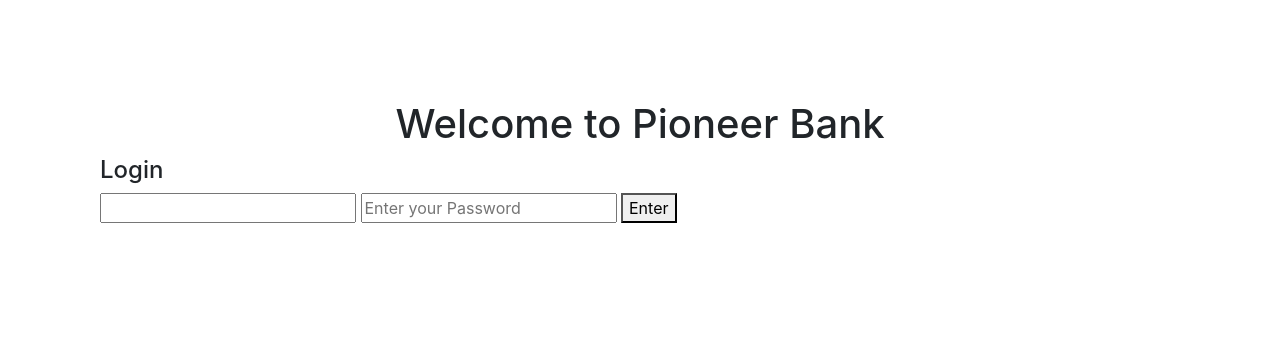
Repository: omarhasnain/pioneer-bank
Page: index.html
An editor plug-in stored every save of this project. The page is shown before and after the next save, followed by the edit.
The browser window is 1280 px wide. The pictures show the whole page.

Above is the page before, as saved 2021-04-27 17:03:02.

### index.html
<!DOCTYPE html>
<html lang="en">

<head>
    <meta charset="UTF-8">
    <meta http-equiv="X-UA-Compatible" content="IE=edge">
    <meta name="viewport" content="width=device-width, initial-scale=1.0">
    <title>Pioneer Bank</title>
    <link rel="stylesheet" href="https://stackpath.bootstrapcdn.com/bootstrap/4.4.1/css/bootstrap.min.css" integrity="sha384-Vkoo8x4CGsO3+Hhxv8T/Q5PaXtkKtu6ug5TOeNV6gBiFeWPGFN9MuhOf23Q9Ifjh" crossorigin="anonymous">
    <link rel="stylesheet" href="style.css">
</head>

<body>

    <div id="login-area">
        <h1 class="text-center">Welcome to Pioneer Bank</h1>
        <div class="submit-area">
            <h4>Login</h4>
            <input type="text">
            <input type="password" name="" id="" placeholder="Enter your Password">
            <button>Enter</button>
        </div>
    </div>


</body>

</html>

### style.css
body {
    padding: 100px;
}

After the next save:
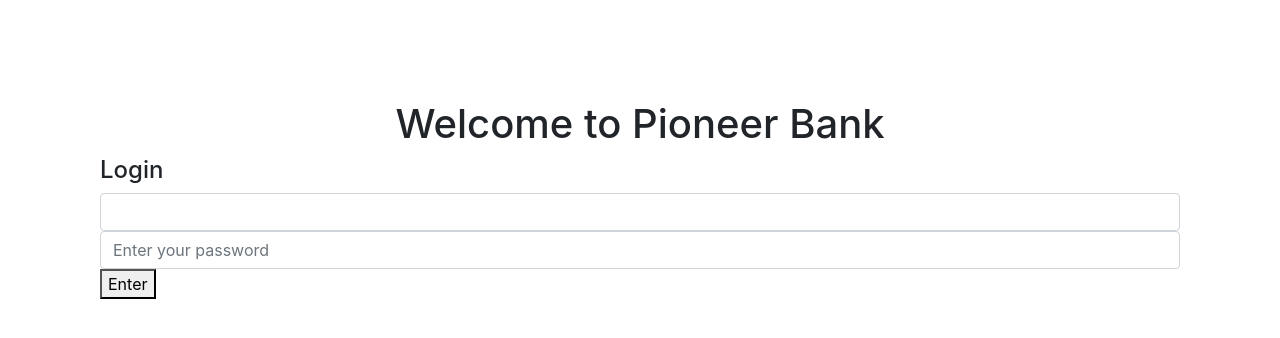
Saved 71 s later.
--- a/index.html
+++ b/index.html
@@ -16,8 +16,8 @@
         <h1 class="text-center">Welcome to Pioneer Bank</h1>
         <div class="submit-area">
             <h4>Login</h4>
-            <input type="text">
-            <input type="password" name="" id="" placeholder="Enter your Password">
+            <input type="text" class="form-control">
+            <input type="password" name="" id="" placeholder="Enter your password" class="form-control">
             <button>Enter</button>
         </div>
     </div>
